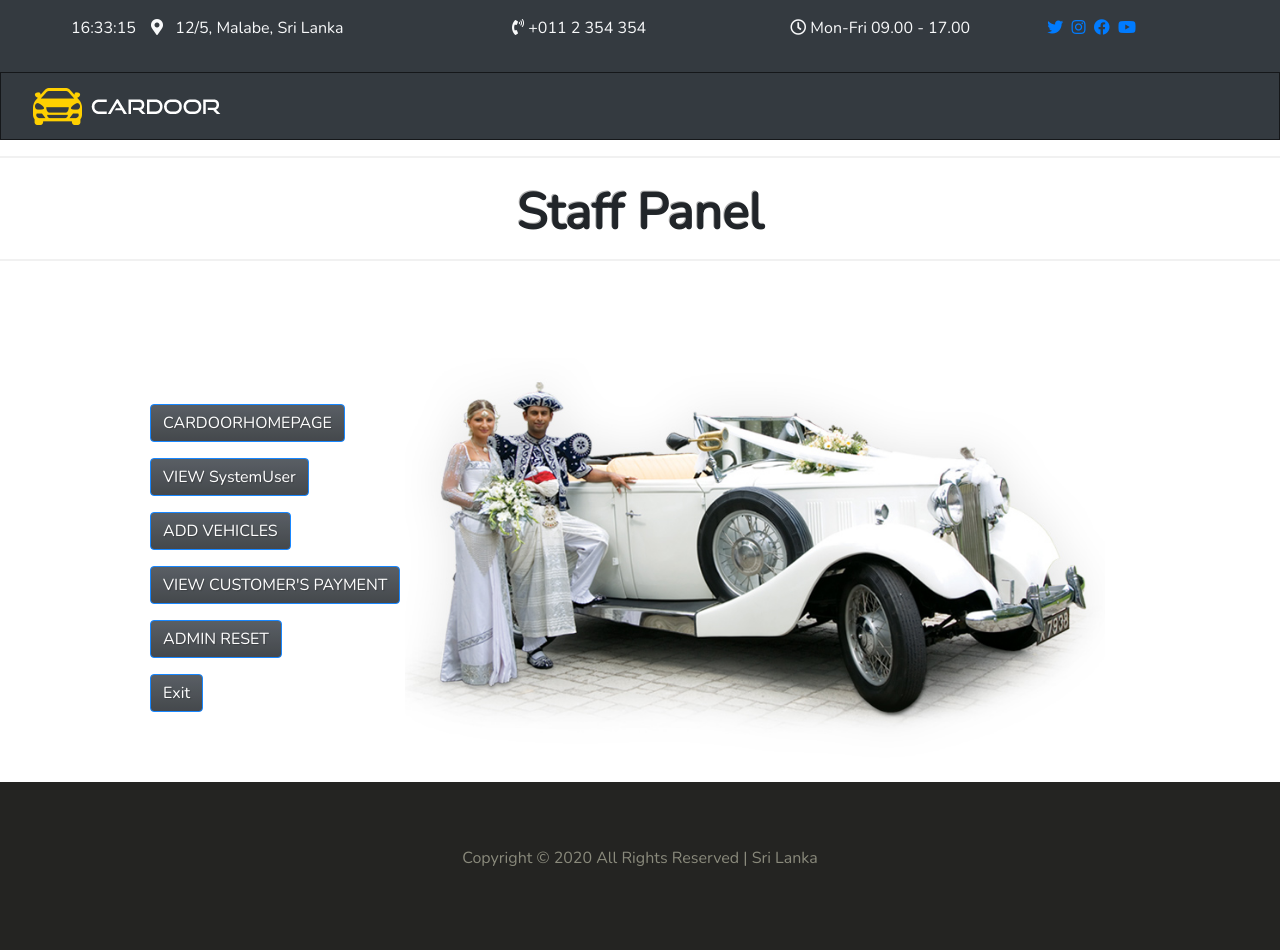
Repository: NipunLakshan99/Cardoor
Page: RentCar/WebContent/index.html
These files come from the project's save history. The page is drawn as it stood at one moment and after the next save; the edit follows.
The browser window is 1280 px wide. The pictures show the whole page.
Some web libraries are served in a nearby version.

Above is the page before, as saved 2020-05-13 20:25:13.

### RentCar/WebContent/index.html
<!DOCTYPE html>
<html>
<head>
<meta charset="ISO-8859-1">
<meta http-equiv="Content-Type" content="text/html; charset=ISO-8859-1">
		<link rel="stylesheet" href="https://stackpath.bootstrapcdn.com/bootstrap/4.3.1/css/bootstrap.min.css" integrity="sha384-ggOyR0iXCbMQv3Xipma34MD+dH/1fQ784/j6cY/iJTQUOhcWr7x9JvoRxT2MZw1T" crossorigin="anonymous">
		<link rel="stylesheet" href="https://bootswatch.com/4/slate/bootstrap.min.css" >
        <link rel="stylesheet" href="https://stackpath.bootstrapcdn.com/bootstrap/4.3.1/css/bootstrap.min.css" integrity="sha384-ggOyR0iXCbMQv3Xipma34MD+dH/1fQ784/j6cY/iJTQUOhcWr7x9JvoRxT2MZw1T" crossorigin="anonymous">
        <link href="https://fonts.googleapis.com/css?family=Nunito" rel="stylesheet">
        <link rel="stylesheet" href="https://use.fontawesome.com/releases/v5.8.2/css/all.css" integrity="sha384-oS3vJWv+0UjzBfQzYUhtDYW+Pj2yciDJxpsK1OYPAYjqT085Qq/1cq5FLXAZQ7Ay" crossorigin="anonymous">
        <link rel="stylesheet" href="CSS/stylesheet.css">
        <link rel="shortcut icon" href="CSS/favicon.ico" type="image/x-icon" />

<title>Staff Home</title>
</head>
<style>
 body{
  font-family: 'Nunito';
 }
 </style>
<title>Insert title here</title>
<body onload="startTime()">
<!--- Clock Display ------>
        <script>
            function startTime() {
                var today = new Date();
                var h = today.getHours();
                var m = today.getMinutes();
                var s = today.getSeconds();
                m = checkTime(m);
                s = checkTime(s);
                document.getElementById('txt').innerHTML =
                        h + ":" + m + ":" + s;
                var t = setTimeout(startTime, 500);
            }
            function checkTime(i) {
                if (i < 10) {
                    i = "0" + i
                }
                ;  // add zero in front of numbers < 10
                return i;
            }
        </script>

        <!------------------------------->


        <div class="preloader bg-dark text-light" >
            <div class="preloader-spinner" >


                <div id="header-top" class="d-none d-xl-block">
                    <div class="container">
                        <div class="row">

                            <div class="loader-content">
                                <!--<img src="CSS/img/preloader.gif">-->
                                <p id="txt"></p>

                            </div>

                            <div class="col-lg-3 text-left ">
                                <i class="fas fa-map-marker-alt"></i> &nbsp; 12/5, Malabe, Sri Lanka
                            </div>&nbsp;&nbsp;&nbsp;&nbsp;

                            <div class="col-lg-3 text-center">
                                <i class="fas fa-phone-volume"></i> +011 2 354 354
                            </div>&nbsp;&nbsp;&nbsp;&nbsp;

                            <div class="col-lg-3 text-center">
                                <i class="far fa-clock"></i> Mon-Fri 09.00 - 17.00
                            </div>&nbsp;&nbsp;&nbsp;&nbsp;&nbsp;&nbsp;


                            <div class="header-social-icons text-right">
                                <a href="#"><i class="fab fa-twitter"></i></a>&nbsp;
                                <a href="#"><i class="fab fa-instagram"></i></a>&nbsp;
                                <a href="#"><i class="fab fa-facebook"></i></a>&nbsp;
                                <a href="#"><i class="fab fa-youtube"></i></a>&nbsp;
                            </div>
                        </div>
                    </div>
                </div>
            </div>
        </div>
	 <nav class="navbar navbar-expand-lg navbar-dark bg-dark">
	 <div class="col-lg-4">
                        <a href="index.html" class="logo">
                            <img src="CSS/img/logo.png" alt="JSOFT">
                        </a>
                    </div>
  		<div class="collapse navbar-collapse" id="navbarColor02">
    	<ul class="navbar-nav mr-auto">
        <li class="nav-item active">

  		</div>
		</nav>
        <!-- /.row -->
        <section>

            <hr>
            <h1><b>Staff Panel</b></h1>
            <hr>

	<h1 style="color: #ffffff; margin-left: 580px;"></h1><br/><br/><br/>



	 <div class="btn-group-vertical" data-toggle="buttons">
 		 <a href="Home.jsp"><button type="button" class="btn btn-primary">CARDOORHOMEPAGE</button></a>
 		 <a href="viewvehicles.jsp"><button type="button" class="btn btn-primary">VIEW SystemUser</button></a>
  		 <a href="viewdrivers.jsp"><button type="button" class="btn btn-primary">ADD VEHICLES</button></a>
  		 <a href="viewbookings.jsp"><button type="button" class="btn btn-primary">VIEW CUSTOMER'S PAYMENT</button></a>
  		 <a href="viewbookings.jsp"><button type="button" class="btn btn-primary">ADMIN RESET</button></a>
 		 <a href="Home.jsp"><button type="button" class="btn btn-primary">Exit</button></a>

	 </div>
	 <img src="CSS/img/vehicle/wedding.jpg" width="700" height="400" class="img"/>
	 <br/>
	 <br/>

 	<section id="adddriver" class="py-5" style=" background-color: #242422;">
		<div class="footer-bottom-area">
        	<div class="container">
           		 <div class="row">
               		 <div class="col-lg-12 text-center">
                    	<p style="color: #8a8a7c;">Copyright &copy; <script>document.write(new Date().getFullYear());</script> All Rights Reserved | Sri Lanka</p>
               		 </div>
            	 </div>
            </div>
        </div>


        </section>
</body>
</html>

### RentCar/WebContent/CSS/stylesheet.css
.btn-group-vertical{

  margin-left: 150px;
}

.align text-light{
	color:black;

}

.bg-light{
	border: 1px solid 	#000000;
    margin-bottom: 25px;
}

.btn-group-vertical input[type=button]{
	width: 100%;
	height: 30px;
 	position: relative;
 	margin-left: 150px;
	}

.adddriverform{
	margin-left: 150px;
}

.viewdrivers{
	margin-left: 150px;
}

.editdriverform{
	margin-left: 150px;
}




.loginform{
		width: 100%;
  		padding: 12px 20px;
  		margin: 8px 0;
  		display: inline-block;
  		border: 1px solid #cc;
  		background: #f1f1f1;
  		box-sizing: border-box;
}

.userimg{
	margin-left:1000px;
}

.adminlogin{
	width:50%;
	margin-left: 350px;
}

.feedbackform{
	margin-left: 150px;
}

#message {
  display:none;
  background: #f1f1f1;
  color: #000;
  position: relative;
  padding: 20px;
  margin-top: 10px;
}

#message p {
  padding: 10px 35px;
  font-size: 18px;
}


.wed img{
	position:absolute;
	left:700px;
	margin-left: 70px;
	top:395px;

}

.benz img{
	position:absolute;
	left:550px;
	margin-left: 70px;
	top:350px;

}


.loginbox{
    width: 320px;
    height: 420px;
    background: #000;
    color: #fff;
    top: 50%;
    left: 50%;
    position: absolute;
    transform: translate(-50%,-50%);
    box-sizing: border-box;
    padding: 70px 30px;
}

.avatar{
    width: 100px;
    height: 100px;
    border-radius: 50%;
    position: absolute;
    top: -50px;
    left: calc(50% - 50px);
}

.loginbox h1{
    margin: 0;
    padding: 0 0 20px;
    text-align: center;
    font-size: 22px;
}

.loginbox p{
    margin: 0;
    padding: 0;
    font-weight: bold;
}

.loginbox input{
    width: 100%;
    margin-bottom: 20px;
}

.loginbox input[type="text"], input[type="password"]
{
    border: none;
    border-bottom: 1px solid #fff;
    background: transparent;
    outline: none;
    height: 40px;
    color: #fff;
    font-size: 16px;
}

.loginbox input[type="password"]
{
	 border: none;
    border-bottom: 1px solid #fff;
    background: transparent;
    outline: none;
    height: 40px;
    color: #fff;
    font-size: 16px;
}
.loginbox input[type="submit"]
{
    border: none;
    outline: none;
    height: 40px;
    background: #fb2525;
    color: #fff;
    font-size: 18px;
    border-radius: 20px;
}
.loginbox input[type="submit"]:hover
{
    cursor: pointer;
    background: #ffc107;
    color: #000;
}
.loginbox a{
    text-decoration: none;
    font-size: 12px;
    line-height: 20px;
    color: darkgrey;
}

.loginbox a:hover
{
    color: #ffc107;
}

.footer {
  position: fixed;
  left: 0;
  bottom: 0;
  width: 100%;
   height: 10%;
  background-color: #242422;
  color: white;
  text-align: center;
}

h1{
	text-align: center;
    font-size: 50px;
}

* {box-sizing: border-box}
/* Full-width input fields */
  input[type=text], input[type=password] {
  width: 100%;
  padding: 15px;
  margin: 5px 0 22px 0;
  display: inline-block;
  border: none;
  background: #f1f1f1;
}

/* Add a background color when the inputs get focus */
input[type=text]:focus, input[type=password]:focus {
  background-color: #ddd;
  outline: none;
}

/* Set a style for all buttons */
 button {
  background-color: #4CAF50;
  color: white;
  padding: 14px 20px;
  margin: 8px 0;
  border: none;
  cursor: pointer;
  width: 100%;
  opacity: 0.9;
}

button:hover {
  opacity:1;
}

/* Extra styles for the cancel button */
.cancelbtn {
  padding: 14px 20px;
  background-color: #f44336;
}

/* Float cancel and signup buttons and add an equal width */
.cancelbtn, .signupbtn {
  float: left;
  width: 50%;
}

/* Add padding to container elements */
.container {
  padding: 16px;
}

/* The Modal (background) */
.modal {
  display: none; /* Hidden by default */
  position: fixed; /* Stay in place */
  z-index: 1; /* Sit on top */
  left: 0;
  top: 0;
  width: 100%; /* Full width */
  height: 100%; /* Full height */
  overflow: auto; /* Enable scroll if needed */
  background-color: #474e5d;
  padding-top: 50px;
}

/* Modal Content/Box */
.modal-content {
  background-color: #fefefe;
  margin: 5% auto 15% auto; /* 5% from the top, 15% from the bottom and centered */
  border: 1px solid #888;
  width: 80%; /* Could be more or less, depending on screen size */
}

/* Style the horizontal ruler */
hr {
  border: 1px solid #f1f1f1;
  margin-bottom: 25px;
}

/* The Close Button (x) */
.close {
  position: absolute;
  right: 35px;
  top: 15px;
  font-size: 40px;
  font-weight: bold;
  color: #f1f1f1;
}

.close:hover,
.close:focus {
  color: #f44336;
  cursor: pointer;
}

/* Clear floats */
.clearfix::after {
  content: "";
  clear: both;
  display: table;
}

/* Change styles for cancel button and signup button on extra small screens */
@media screen and (max-width: 300px) {
  .cancelbtn, .signupbtn {
    width: 100%;
  }
}

.btnbutton{
	background-color: #4CAF50;
  color: white;
  padding: 14px 20px;
  margin: 8px 0;
  border: none;
  cursor: pointer;
  width: 15%;
  opacity: 0.9;
}

After the next save:
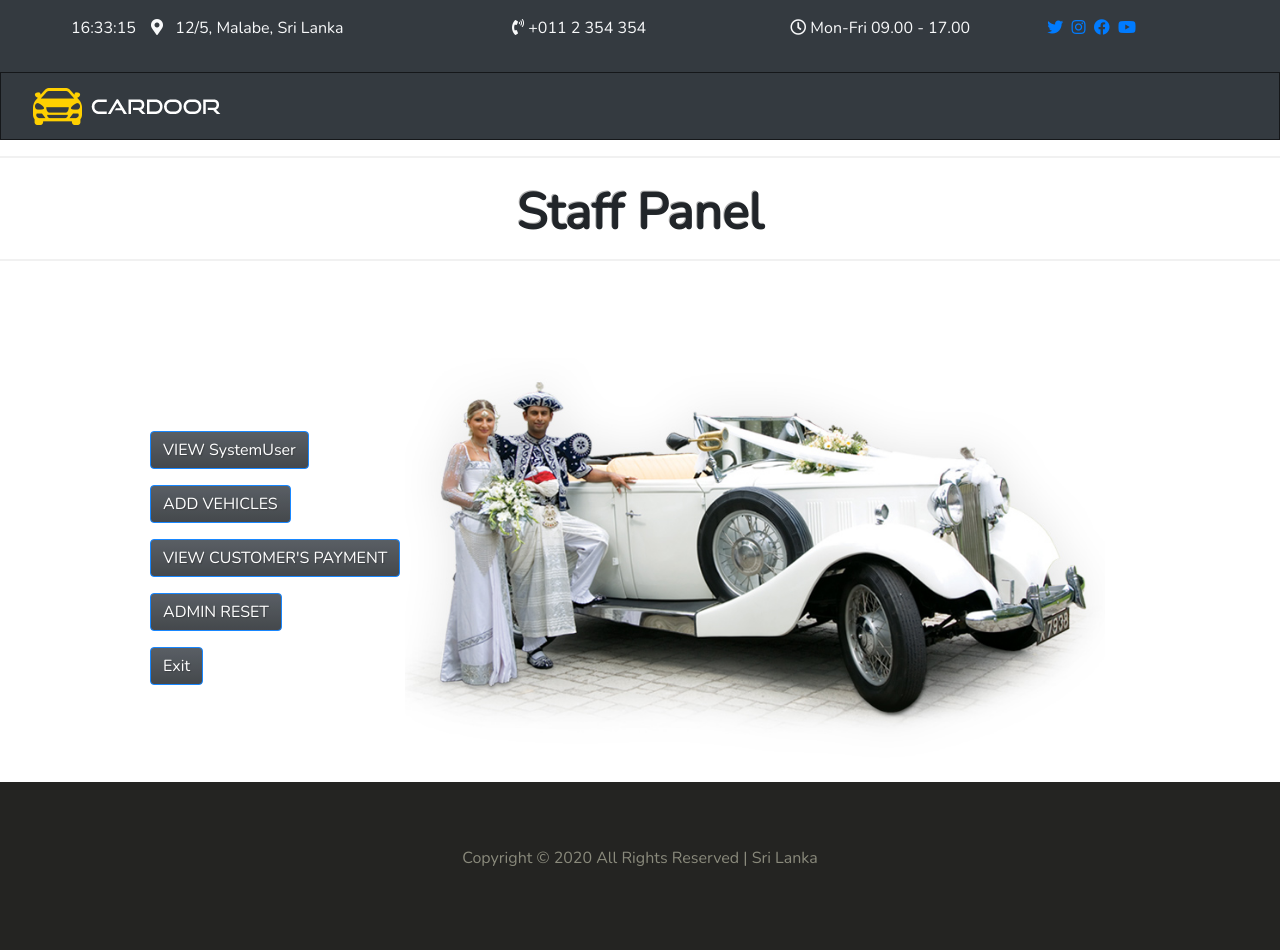
Saved 6 s later.
--- a/RentCar/WebContent/index.html
+++ b/RentCar/WebContent/index.html
@@ -107,7 +107,6 @@
 
 
 	 <div class="btn-group-vertical" data-toggle="buttons">
- 		 <a href="Home.jsp"><button type="button" class="btn btn-primary">CARDOORHOMEPAGE</button></a>
  		 <a href="viewvehicles.jsp"><button type="button" class="btn btn-primary">VIEW SystemUser</button></a>
   		 <a href="viewdrivers.jsp"><button type="button" class="btn btn-primary">ADD VEHICLES</button></a>
   		 <a href="viewbookings.jsp"><button type="button" class="btn btn-primary">VIEW CUSTOMER'S PAYMENT</button></a>
